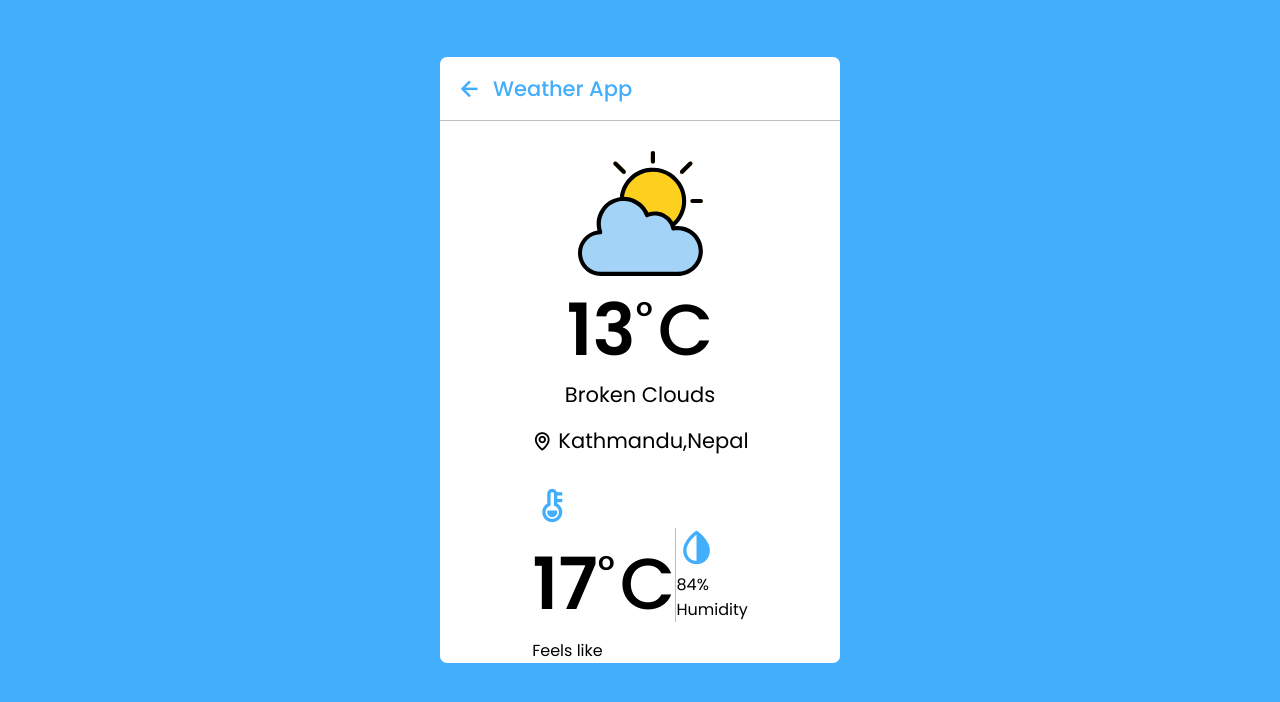
Repository: long13820/Weather-App-HTML-CSS-Javascript
Page: index.html
The author's editor kept a copy of each file at every save. The page is drawn from the files as they stood at one save, then again after a run of saves.
The browser window is 1280 px wide. The pictures show the whole page.

Above is the page before, as saved 2021-09-02 11:32:15.

After the next 4 saves:
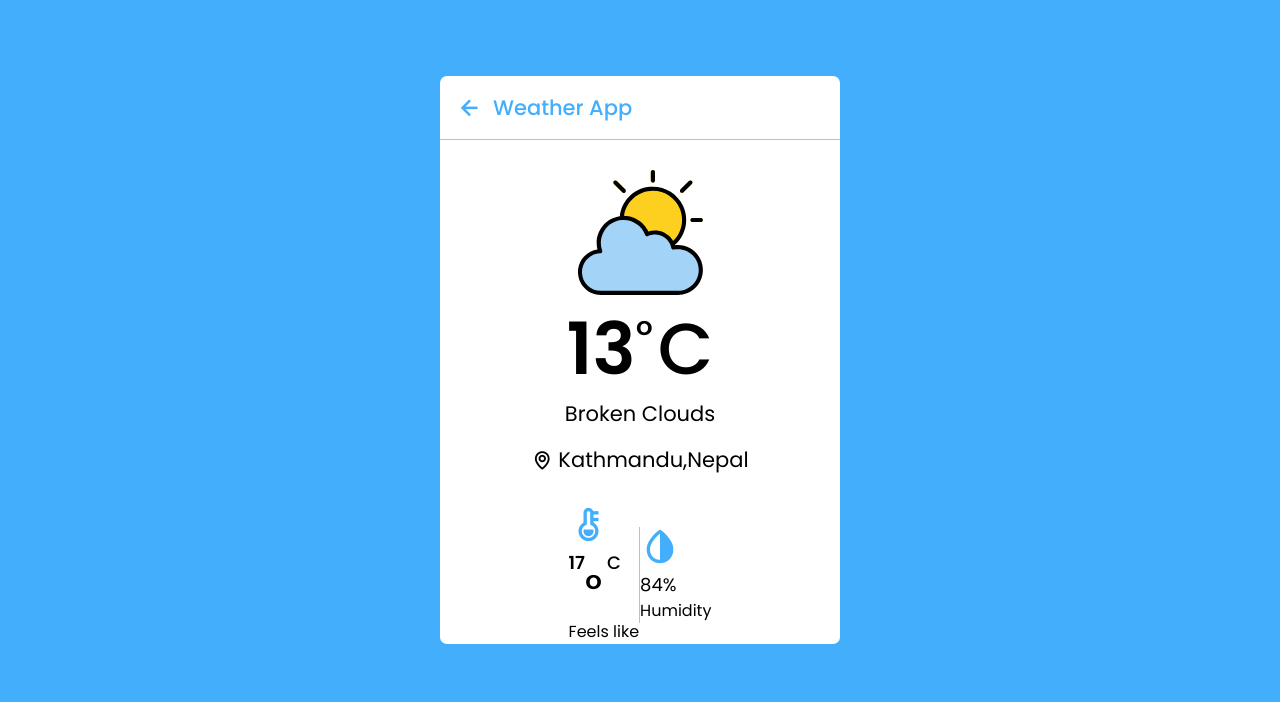
The 4 saves are shown as one change because they came seconds apart.
The last was saved 35 s later.
--- a/style.css
+++ b/style.css
@@ -146,5 +146,6 @@ header i{
     border-left: 1px solid #bfbfbf;
 }
 .details .temp, .humidity span{
-
+    font-size: 18px;
+    font-weight: 500px;
 }
